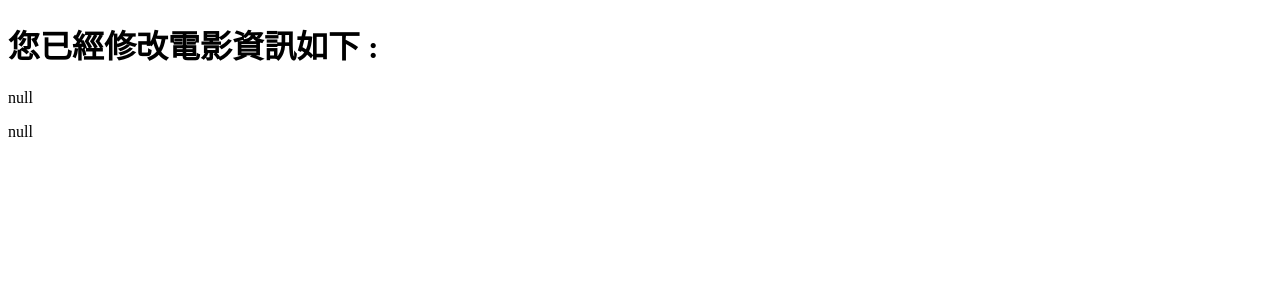
Repository: PEICHI26/Cinema
Page: http://localhost/Cinema/UpdateResult.jsp
The author's editor kept a copy of each file at every save. The page is drawn from the files as they stood at one save, then again after the next save.
The browser window is 1280 px wide. The pictures show the whole page.
The page is served by Tomcat 9. Nobody is signed in. The application's start-up code is not run.

Above is the page before, as saved 2021-12-18 09:21:39.

After the next save:
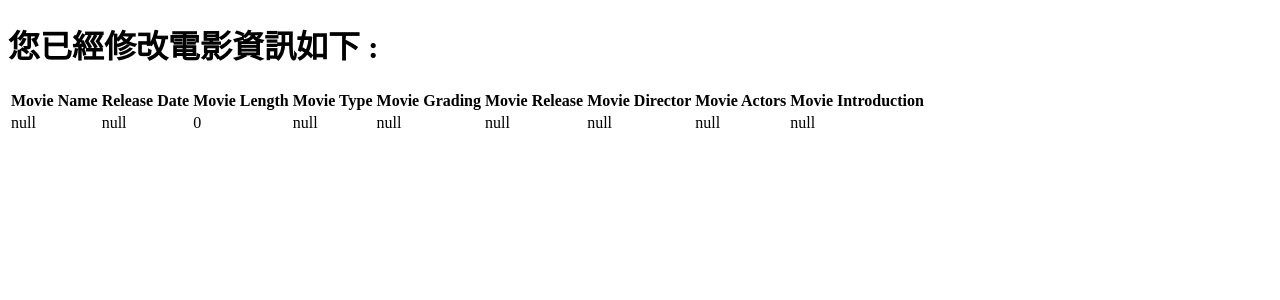
Saved 3 min 23 s later.
--- a/Cinema/src/main/webapp/UpdateResult.jsp
+++ b/Cinema/src/main/webapp/UpdateResult.jsp
@@ -9,8 +9,44 @@
 <body>
 <jsp:useBean id="updateName" class="tw.cinema.model.Movie" scope="session" />
 <jsp:useBean id="updateType" class="tw.cinema.model.Movie" scope="session" />
+<jsp:useBean id="updateDate" class="tw.cinema.model.Movie" scope="session" />
+<jsp:useBean id="updateLength" class="tw.cinema.model.Movie" scope="session" />
+<jsp:useBean id="updateRelease" class="tw.cinema.model.Movie" scope="session" />
+<jsp:useBean id="updateGrading" class="tw.cinema.model.Movie" scope="session" />
+<jsp:useBean id="updateDirector" class="tw.cinema.model.Movie" scope="session" />
+<jsp:useBean id="updateActor" class="tw.cinema.model.Movie" scope="session" />
+<jsp:useBean id="updateIntro" class="tw.cinema.model.Movie" scope="session" />
+
 <h1>您已經修改電影資訊如下 :</h1>
-<p><jsp:getProperty name="updateName" property="movie_Name" /></p>
-<p><jsp:getProperty name="updateType" property="type" /></p>
+<table>
+  <tr>
+
+    <th>Movie Name</th>
+    <th>Release Date</th>
+    <th>Movie Length</th>
+    <th>Movie Type</th>
+    <th>Movie Grading</th>
+    <th>Movie Release</th>
+    <th>Movie Director</th>
+    <th>Movie Actors</th>
+    <th>Movie Introduction</th>
+
+
+  </tr>
+  <tr>
+    <td><jsp:getProperty name="updateName" property="movie_Name" /></td>
+    <td><jsp:getProperty name="updateDate" property="movie_Date" /></td>
+    <td><jsp:getProperty name="updateLength" property="movie_Length" /></td>
+    <td><jsp:getProperty name="updateType" property="type" /></td>
+    <td><jsp:getProperty name="updateGrading" property="grading" /></td>
+    <td><jsp:getProperty name="updateRelease" property="release" /></td>
+    <td><jsp:getProperty name="updateDirector" property="director" /></td>
+    <td><jsp:getProperty name="updateActor" property="actor" /></td>
+    <td><jsp:getProperty name="updateIntro" property="intro" /></td>
+
+
+  </tr>
+
+</table>
 </body>
 </html>
